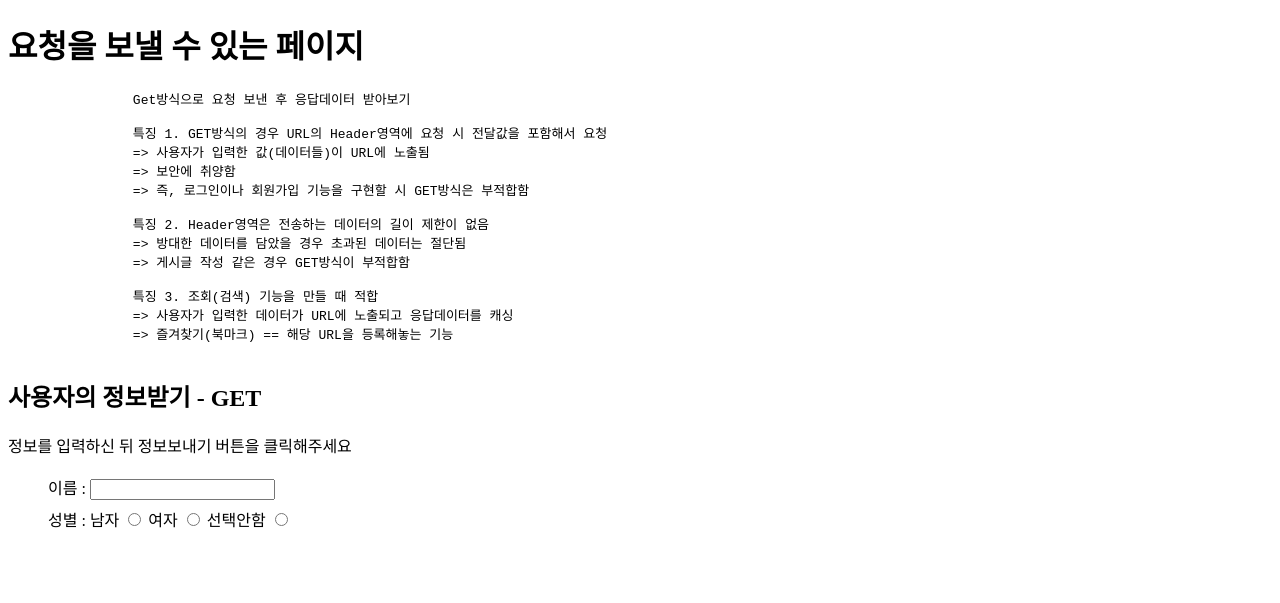
Repository: Simyoungdo04/dynamic-workspace
Page: FirstProject/src/main/webapp/views/request_get.html
These files come from the project's save history. The page is drawn as it stood at one moment and after the next save; the edit follows.
The browser window is 1280 px wide. The pictures show the whole page.

Above is the page before, as saved 2026-05-04 05:13:01.

### FirstProject/src/main/webapp/views/request_get.html
<!DOCTYPE html>
<html>
<head>
<meta charset="UTF-8">
<title>요청 페이지</title>
<style>
	ul{
		list-style: none;
		line-height: 200%;
	}
</style>
</head>
<body>
	<h1>요청을 보낼 수 있는 페이지</h1>

	<pre>
		Get방식으로 요청 보낸 후 응답데이터 받아보기

		특징 1. GET방식의 경우 URL의 Header영역에 요청 시 전달값을 포함해서 요청
		=> 사용자가 입력한 값(데이터들)이 URL에 노출됨
		=> 보안에 취양함
		=> 즉, 로그인이나 회원가입 기능을 구현할 시 GET방식은 부적합함

		특징 2. Header영역은 전송하는 데이터의 길이 제한이 없음
		=> 방대한 데이터를 담았을 경우 초과된 데이터는 절단됨
		=> 게시글 작성 같은 경우 GET방식이 부적합함

		특징 3. 조회(검색) 기능을 만들 때 적합
		=> 사용자가 입력한 데이터가 URL에 노출되고 응답데이터를 캐싱
		=> 즐겨찾기(북마크) == 해당 URL을 등록해놓는 기능
	</pre>

	<h2> 사용자의 정보받기 - GET </h2>
	<p>정보를 입력하신 뒤 정보보내기 버튼을 클릭해주세요</p>

	<form method="get">
		<ul>
			<li>
				이름 : <input type="text" name="name" />
			</li>
			<li>
				성별 :
				남자 <input type="radio" name="gender" value="남자"/>
				여자 <input type="radio" name="gender" value="여자"/>
				선택안함 <input type="radio" name="gender" value="선택 안 함"/>
			</li>
			<li>

			</li>
			<li>

			</li>
			<li>

			</li>
			<li>

			</li>
			<li>

			</li>
		</ul>
	</form>





















</body>
</html>

After the next save:
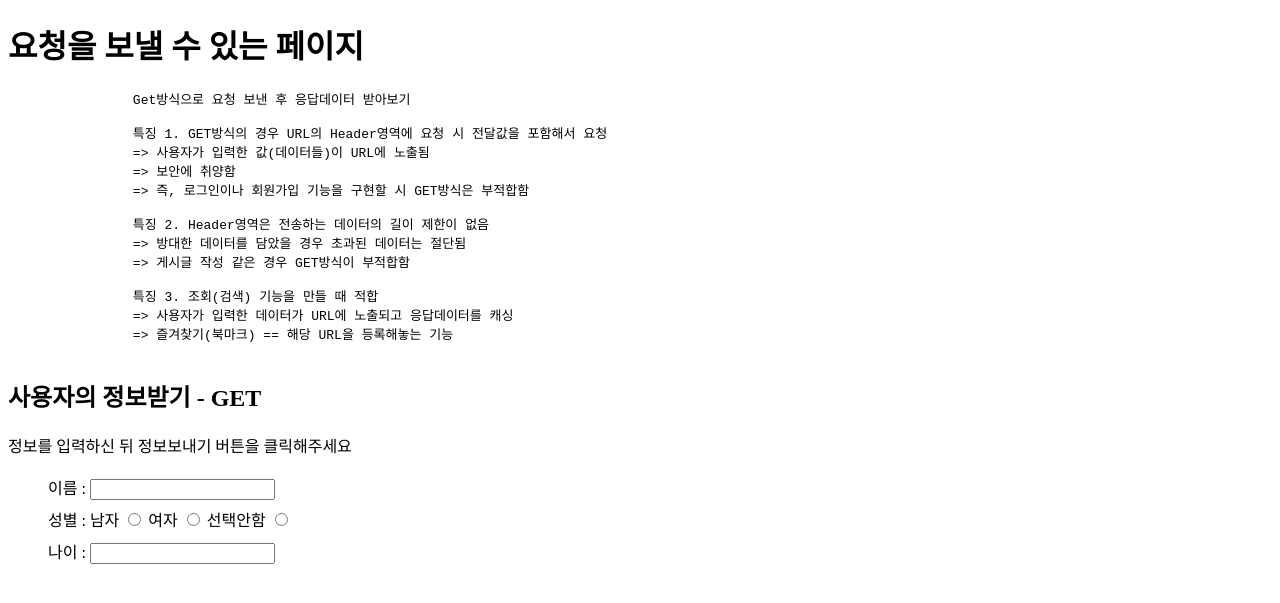
Saved 6 s later.
--- a/FirstProject/src/main/webapp/views/request_get.html
+++ b/FirstProject/src/main/webapp/views/request_get.html
@@ -45,7 +45,7 @@
 				선택안함 <input type="radio" name="gender" value="선택 안 함"/>
 			</li>
 			<li>
-
+				나이 : <input>
 			</li>
 			<li>
 
